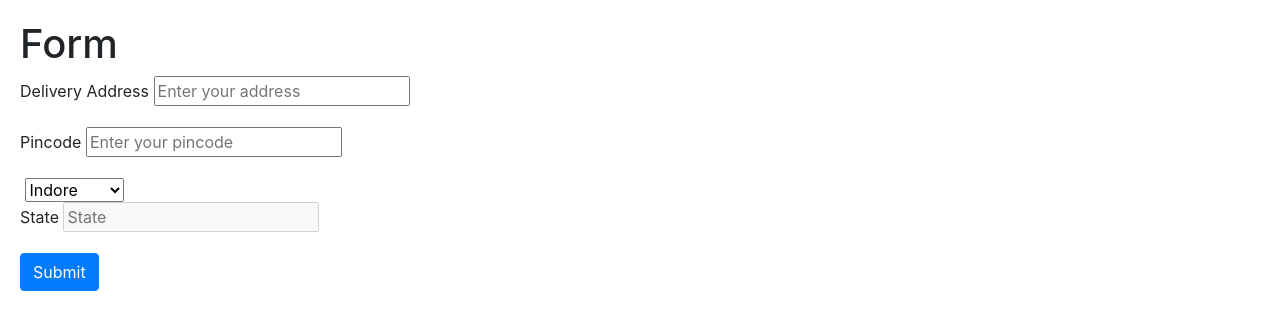
Repository: piyushj81/ComputerShop
Page: http://localhost/computershop/shopnowform.jsp
These files come from the project's save history. The page is drawn as it stood at one moment and after the next save; the edit follows.
The browser window is 1280 px wide. The pictures show the whole page.
The page is served by Tomcat 9.

Above is the page before, as saved 2021-10-11 06:32:54.

After the next save:
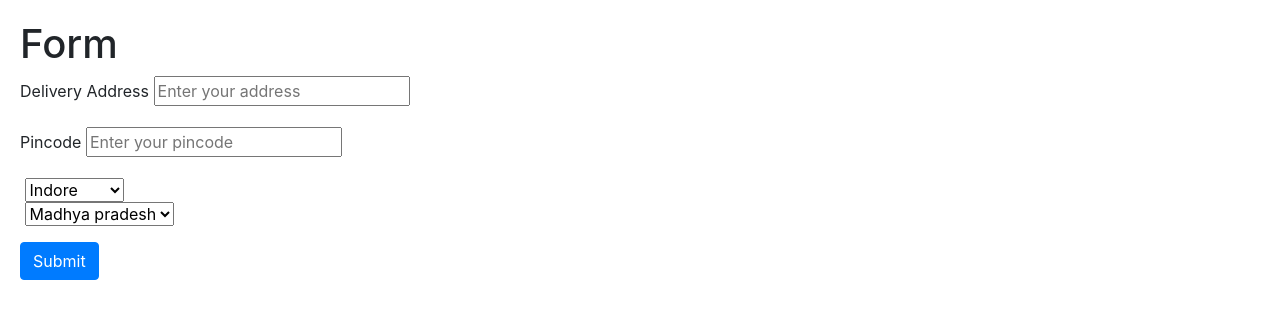
Saved 3 min 7 s later.
--- a/computershop/WebContent/shopnowform.jsp
+++ b/computershop/WebContent/shopnowform.jsp
@@ -36,13 +36,18 @@
 <select id="city" name="City" class="city">
   <option value="indore">Indore</option>
   <option value="delhi">Delhi</option>
-  <option value="bhopal">Bhopal</option>
+  <option value="bhopal">Jhansi</option>
   <option value="bangalore">Bangalore</option>
 </select>
     <div class="form-group">
-   <label for="exampleInputEmail1">State</label>
+<label for="State"></label>
 
- <input type="text" class="state" id="state"  disabled placeholder="State"> </div>
+<select id="state" name="State" class="state">
+  <option value="mp">Madhya pradesh</option>
+  <option value="delhi">Delhi</option>
+  <option value="up">Jhansi</option>
+  <option value="kranataka">karnataka</option>
+</select>
 
   </div>
 
